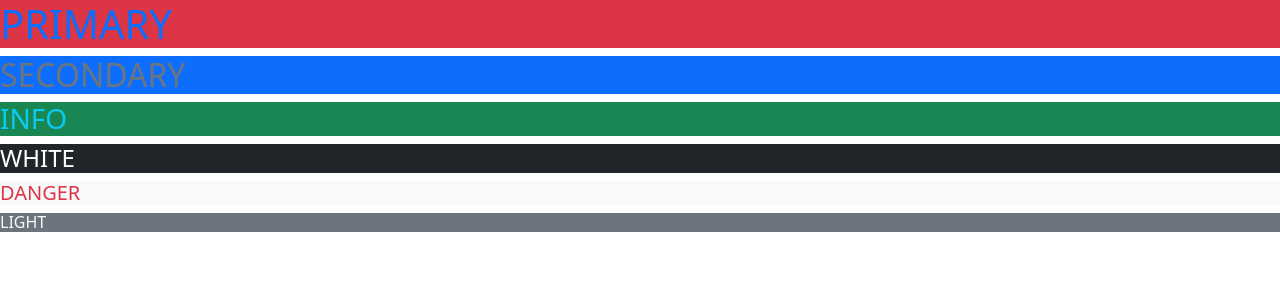
Repository: arindamslt/JEECoding
Page: JEE_FRONTEND/src/main/webapp/02BootstrapHeading.html
An editor plug-in stored every save of this project. The page is shown before and after the next save, followed by the edit.
The browser window is 1280 px wide. The pictures show the whole page.

Above is the page before, as saved 2025-07-17 04:41:08.

After the next save:
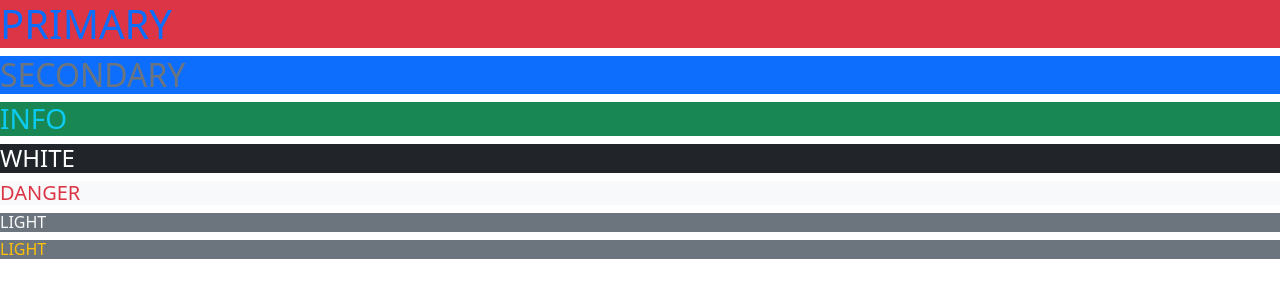
Saved 25 s later.
--- a/JEE_FRONTEND/src/main/webapp/02BootstrapHeading.html
+++ b/JEE_FRONTEND/src/main/webapp/02BootstrapHeading.html
@@ -12,5 +12,6 @@
 <h4 class="text-white bg-dark">WHITE</h4>
 <h5 class="text-danger bg-light">DANGER</h5>
 <h6 class="text-light bg-secondary">LIGHT</h6>
+<h6 class="text-warning bg-secondary">LIGHT</h6>
 </body>
 </html>
